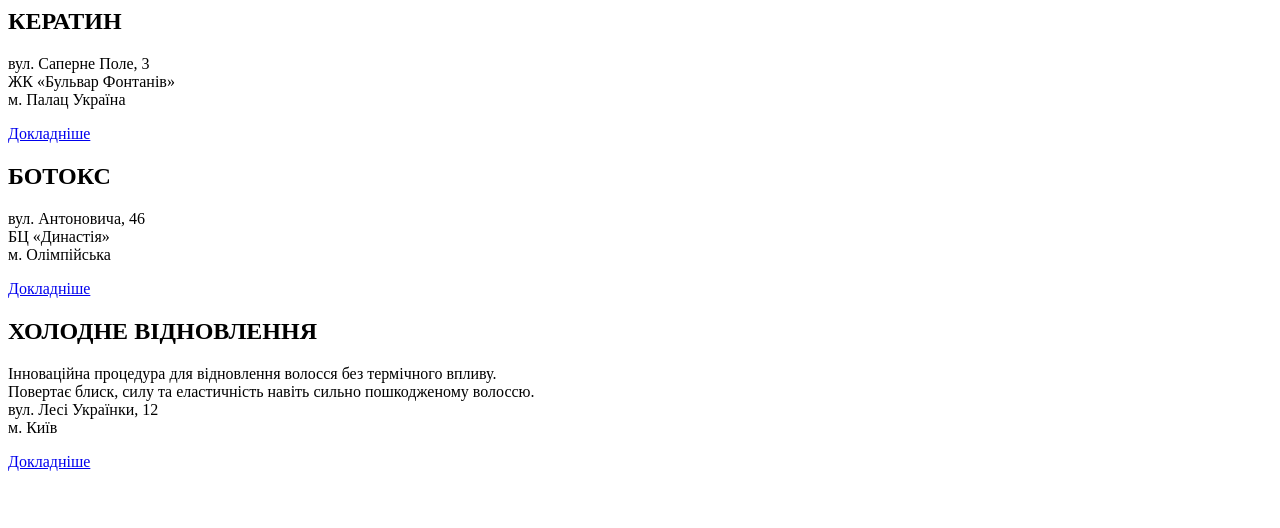
Repository: DianaKey/Keratin
Page: index.scroll.partial.html
These files come from the project's save history. The page is drawn as it stood at one moment and after a run of saves; the edit follows.
The browser window is 1280 px wide. The pictures show the whole page.

Above is the page before, as saved 2025-09-04 12:47:31.

### index.scroll.partial.html
<section class="hero-section hero-section--form-1">
  <div class="hero-section__overlay"></div>
  <div class="hero-section__content js-reveal">
    <h2 class="hero-section__title">КЕРАТИН</h2>
    <p class="hero-section__text">
      вул. Саперне Поле, 3<br />
      ЖК «Бульвар Фонтанів»<br />
      м. Палац Україна
    </p>
    <a class="hero-section__btn" href="#">Докладніше</a>
  </div>
</section>

<section class="hero-section hero-section--form-2">
  <div class="hero-section__overlay"></div>
  <div class="hero-section__content js-reveal">
    <h2 class="hero-section__title">БОТОКС</h2>
    <p class="hero-section__text">
      вул. Антоновича, 46<br />
      БЦ «Династія»<br />
      м. Олімпійська
    </p>
    <a class="hero-section__btn" href="#">Докладніше</a>
  </div>
</section>

<section class="hero-section hero-section--form-3">
  <div class="hero-section__overlay"></div>
  <div class="hero-section__content js-reveal">
    <h2 class="hero-section__title">ХОЛОДНЕ ВІДНОВЛЕННЯ</h2>
    <p class="hero-section__text">
      Інноваційна процедура для відновлення волосся без термічного впливу.<br />
      Повертає блиск, силу та еластичність навіть сильно пошкодженому волоссю.<br />
      вул. Лесі Українки, 12<br />
      м. Київ
    </p>
    <a class="hero-section__btn" href="#">Докладніше</a>
  </div>
</section>

After the next 2 saves:
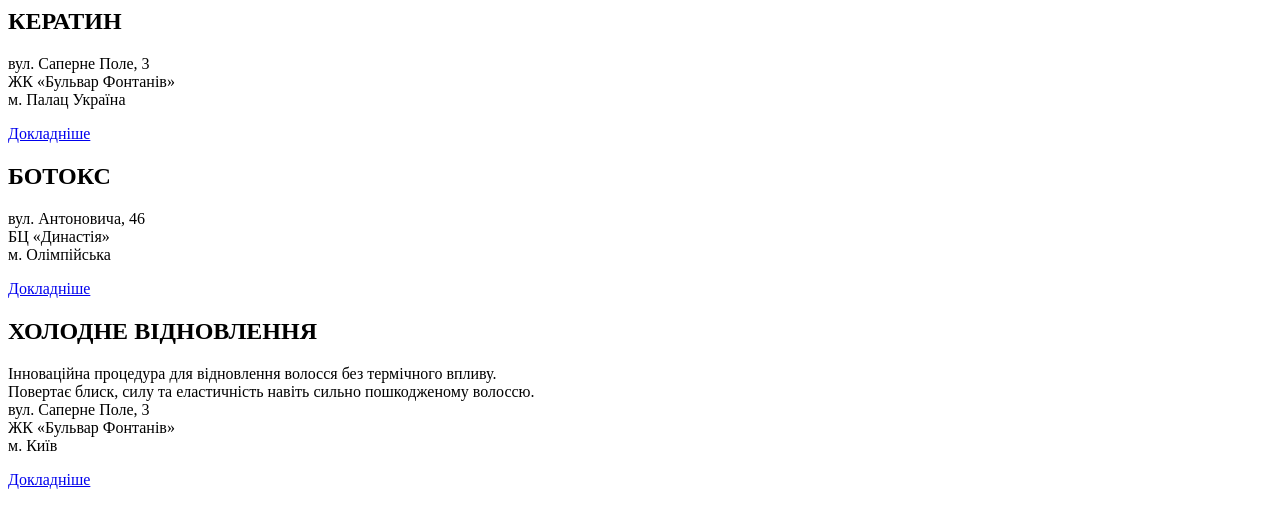
The 2 saves are shown as one change because they came seconds apart.
The last was saved 11 s later.
--- a/index.scroll.partial.html
+++ b/index.scroll.partial.html
@@ -31,7 +31,8 @@
     <p class="hero-section__text">
       Інноваційна процедура для відновлення волосся без термічного впливу.<br />
       Повертає блиск, силу та еластичність навіть сильно пошкодженому волоссю.<br />
-      вул. Лесі Українки, 12<br />
+      вул. Саперне Поле, 3<br />
+      ЖК «Бульвар Фонтанів»<br />
       м. Київ
     </p>
     <a class="hero-section__btn" href="#">Докладніше</a>
